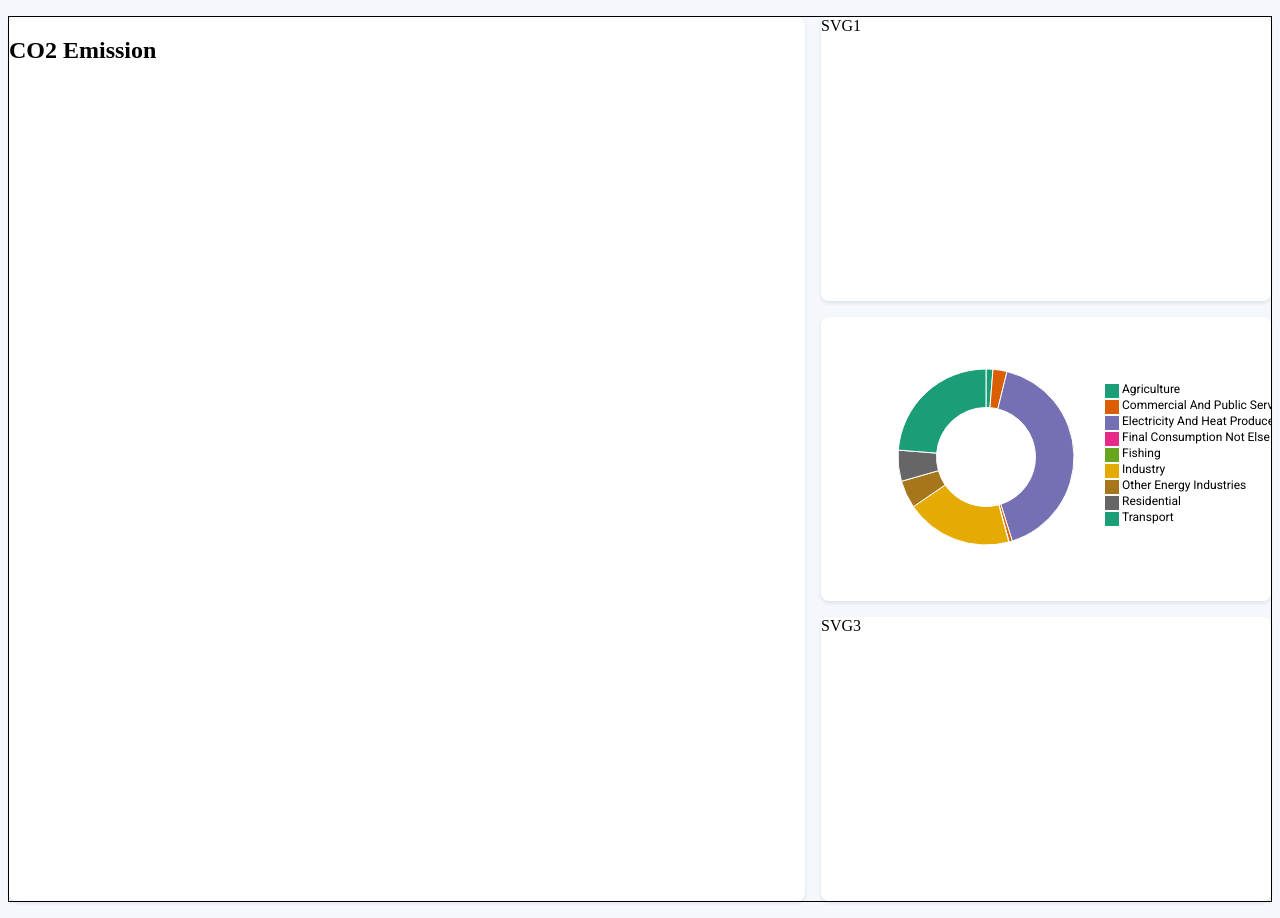
Repository: losmarco/CO2-Emission-Data-Dashboard
Page: index.html
An editor plug-in stored every save of this project. The page is shown before and after the next save, followed by the edit.
The browser window is 1280 px wide. The pictures show the whole page.
The style sheet was rebuilt from its Sass, Less or Tailwind sources for each picture, by a compiler version that may differ from the author's.

Above is the page before, as saved 2020-03-29 17:48:33.

After the next save:
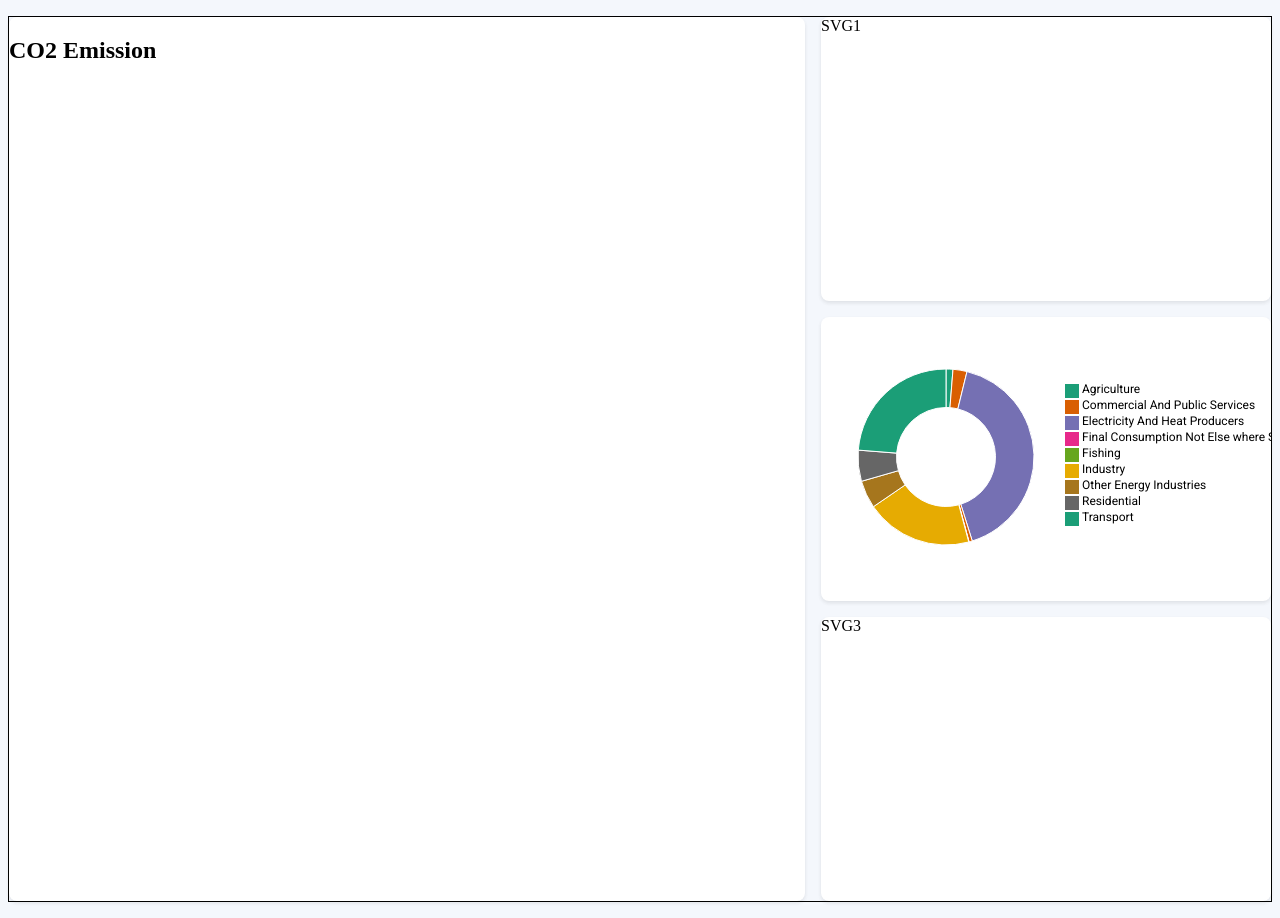
Saved 9 s later.
--- a/javascript/chart.js
+++ b/javascript/chart.js
@@ -14,7 +14,7 @@ var svg = d3.select("#donut")
             .attr("width", width)
             .attr("height", height)
             .append("g")
-            .attr("transform", "translate(" + ((width / 2) - 60) + "," + height / 2 + ")");
+            .attr("transform", "translate(" + ((width / 2) - 100) + "," + height / 2 + ")");
 
 
 
